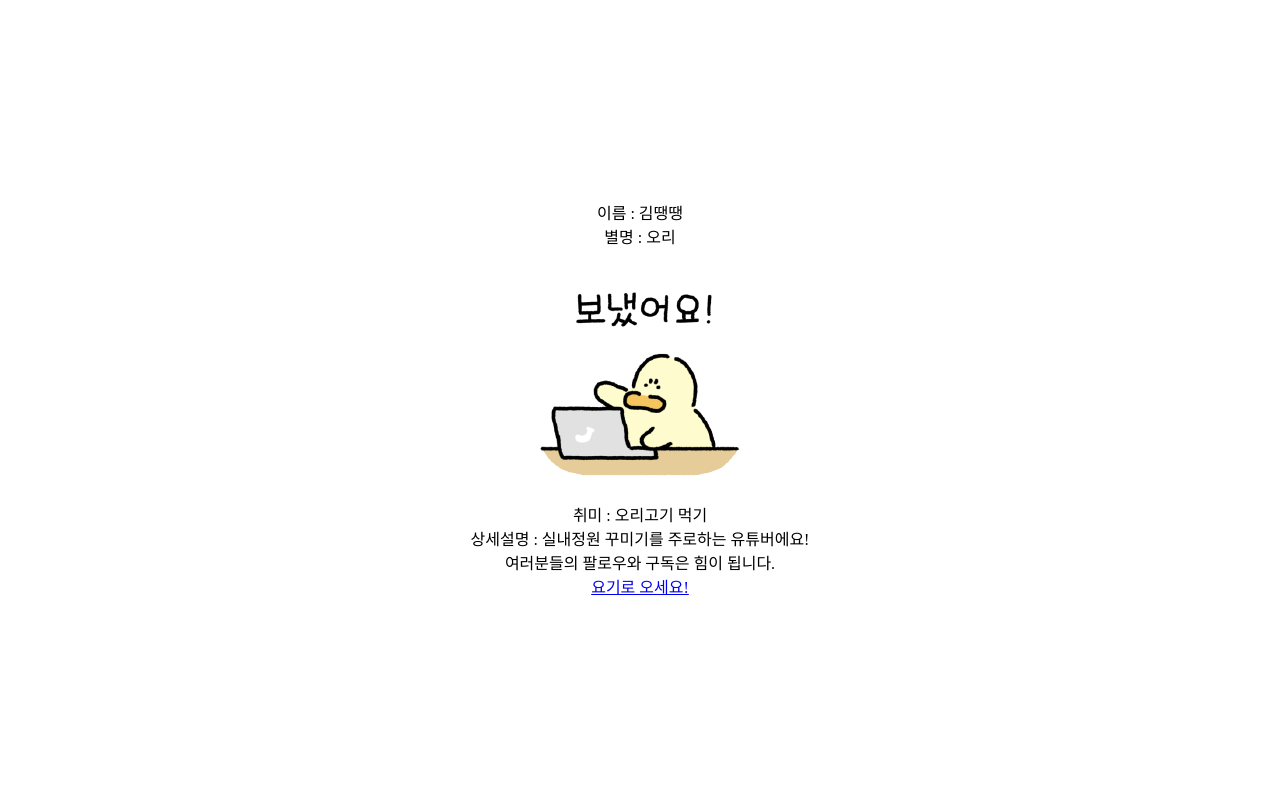
Repository: pauljerricho/MES
Page: http://localhost/SpringBoard/WEB-INF/views/answer.jsp
An editor plug-in stored every save of this project. The page is shown before and after the next save, followed by the edit.
The browser window is 1280 px wide. The pictures show the whole page.
The page is served by Tomcat 9. Nobody is signed in. The template is opened directly, without the code that normally fills it, so the values that code supplies are empty.

Above is the page before, as saved 2022-03-14 00:43:35.

After the next save:
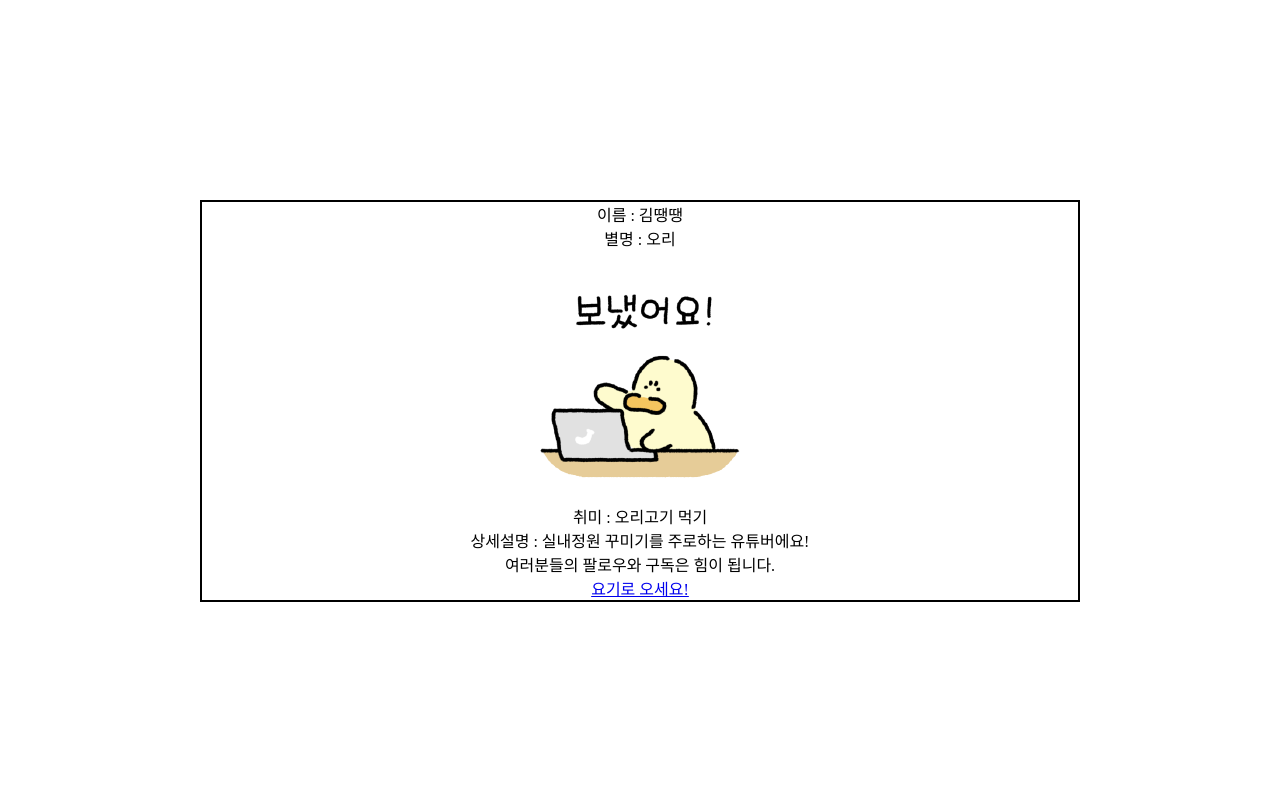
Saved 26 s later.
--- a/gozip/SpringBoard/src/main/webapp/WEB-INF/views/answer.jsp
+++ b/gozip/SpringBoard/src/main/webapp/WEB-INF/views/answer.jsp
@@ -11,6 +11,9 @@
 margin: 100px; auto;
 padding: 0px;
 text-align: center;
+}
+body{
+border: 2px solid black;
 }
 img {
 	margin: 10px;
